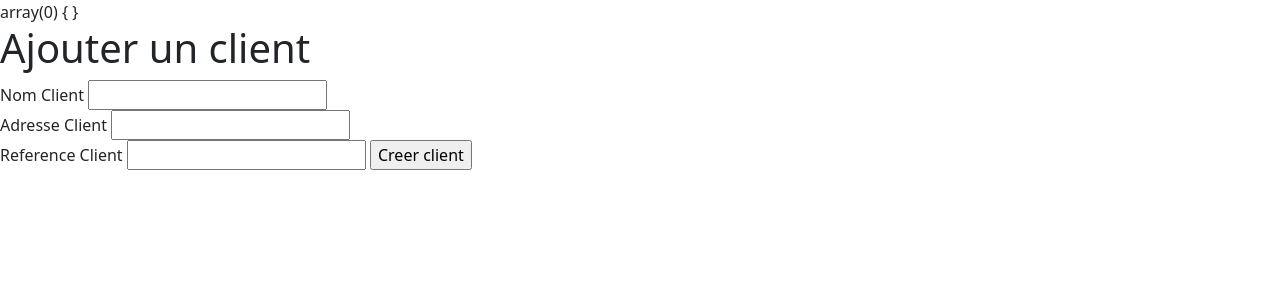
Repository: Elie-Dey/airblio
Page: http://localhost/test.php
An editor plug-in stored every save of this project. The page is shown before and after the next save, followed by the edit.
The browser window is 1280 px wide. The pictures show the whole page.
The page is run by PHP 8.4 with error messages shown; the project is at /var/www/html/.

Above is the page before, as saved 2022-03-26 01:51:35.

After the next save:
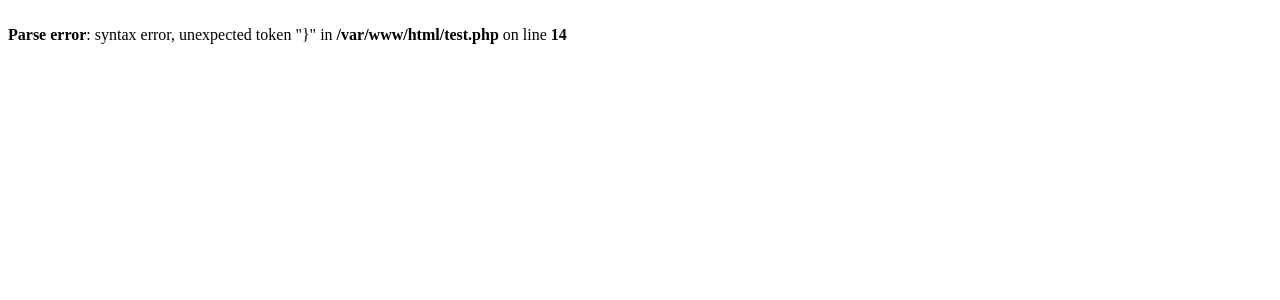
Saved 4 min 23 s later.
--- a/test.php
+++ b/test.php
@@ -1,6 +1,17 @@
 <?php
 
 var_dump($_POST);
+//Traitement formulaire
+
+if(!empty($_POST)){
+  //Post pas vide, on verifie que toutes les données sont présentes
+
+  if(
+    isset($_POST["nom"], $_POST["adresse"], $_POST["reference"])
+    && !empty($_POST["titre"] && $_POST["adresse"] &&  $_POST["reference"])
+
+    )
+}
 ?>
 <!DOCTYPE html>
 <html lang="en">
